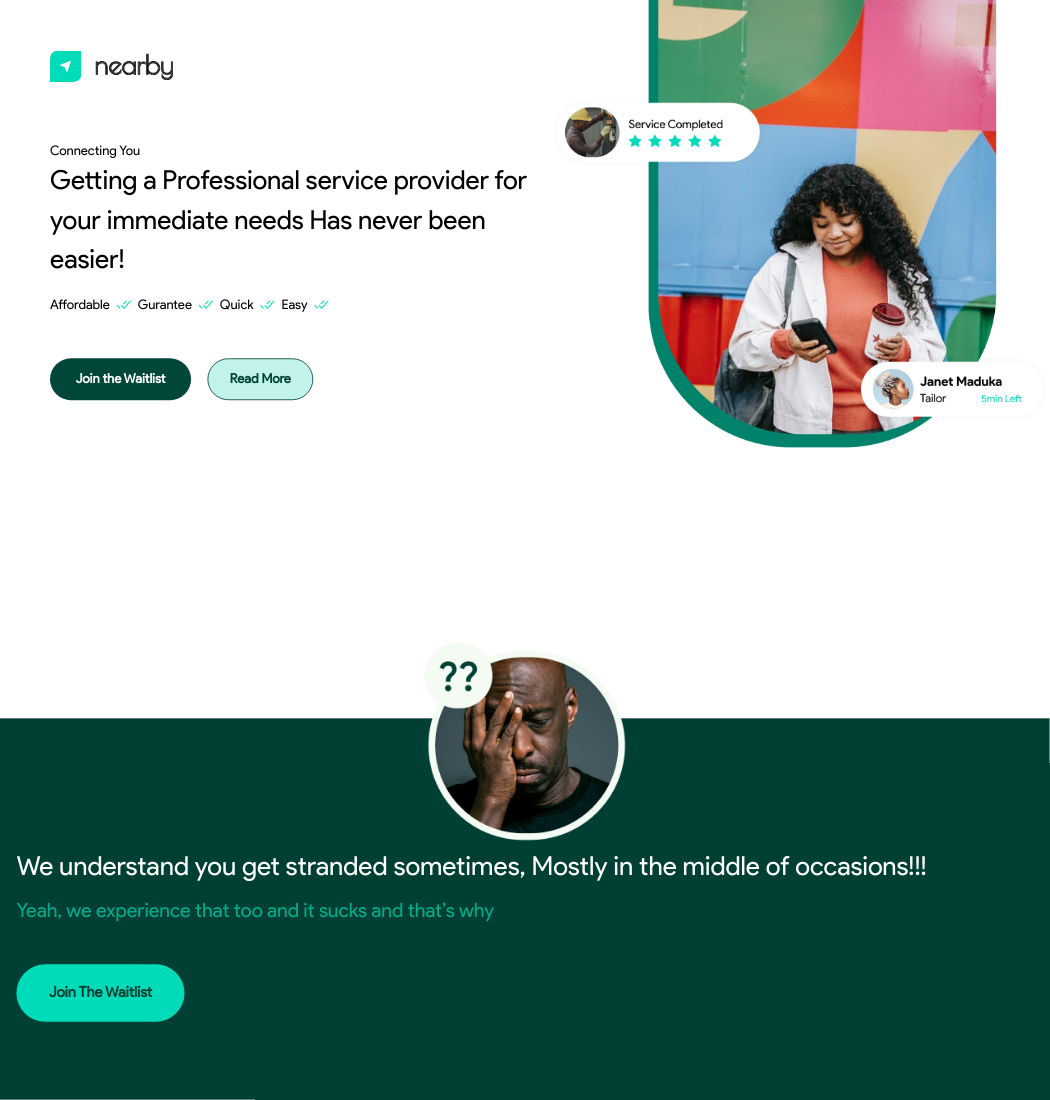
Repository: Eugene44-hub/Mearby
Page: /
The author's editor kept a copy of each file at every save. The page is drawn from the files as they stood at one save, then again after the next save.
The browser window is 1280 px wide. The pictures show the whole page, at 82% of full size.
The project was rebuilt for these pictures with package versions that can differ from the ones it lists, and the page was loaded fresh each time.

Above is the page before, as saved 2022-04-30 07:15:53.

After the next save:
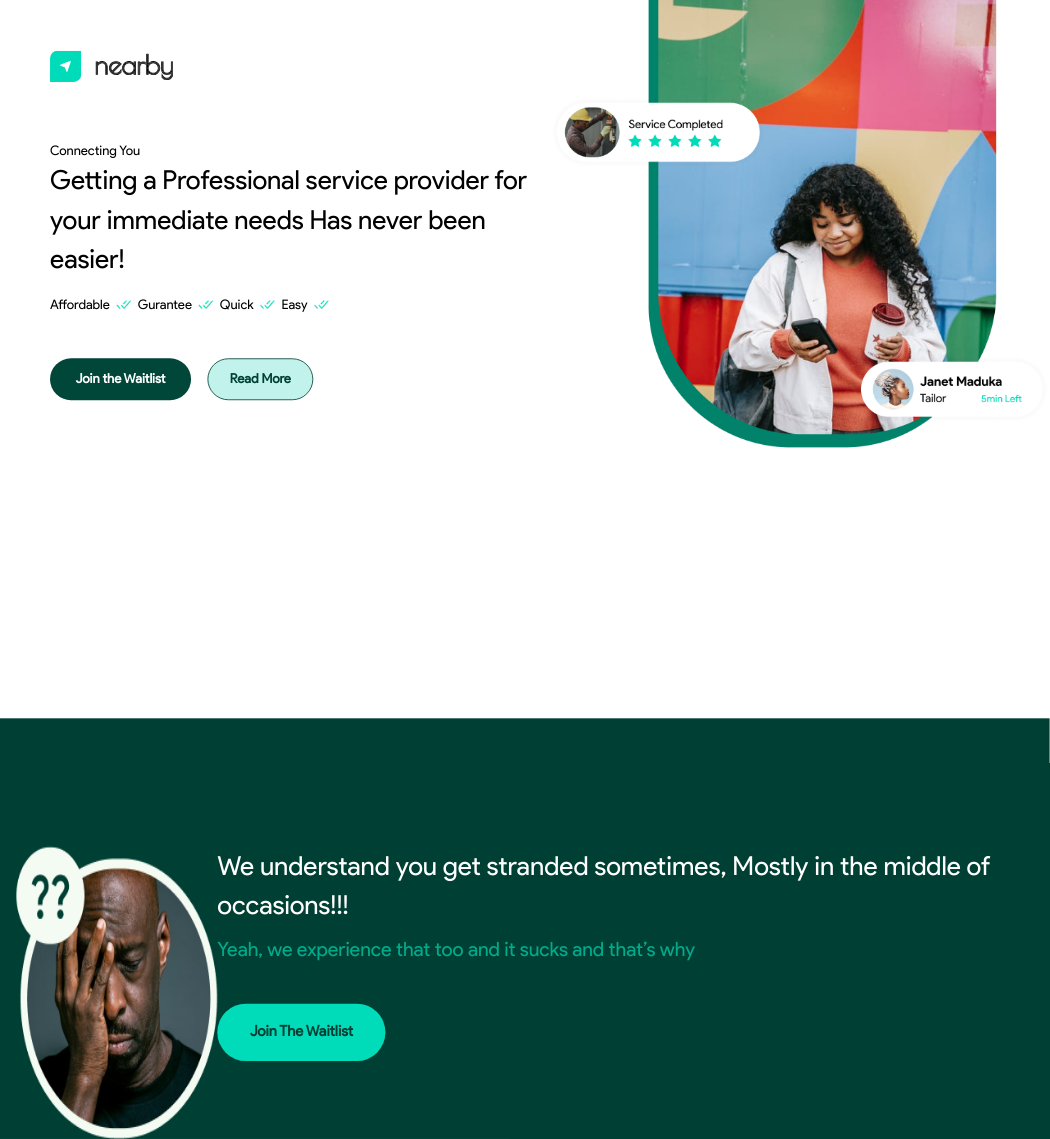
Saved 8 s later.
--- a/src/components/understand/Understand.tsx
+++ b/src/components/understand/Understand.tsx
@@ -6,7 +6,7 @@ const Understand = () => {
     <div className='bg-[#004034] px-5 pt-[9.75rem] md:flex relative mt-[20rem]'>
 
   <img src={understand} className=" absolute block md:hidden translate-x-[-50%] left-[50%] top-[-20%]" alt="understand" />
-  <img src={understand} className=" absolute translate-x-[-50%] left-[50%] top-[-20%] "alt="understand" />
+  <img src={understand} className=" "alt="understand" />
 
 <div>
 <div>
